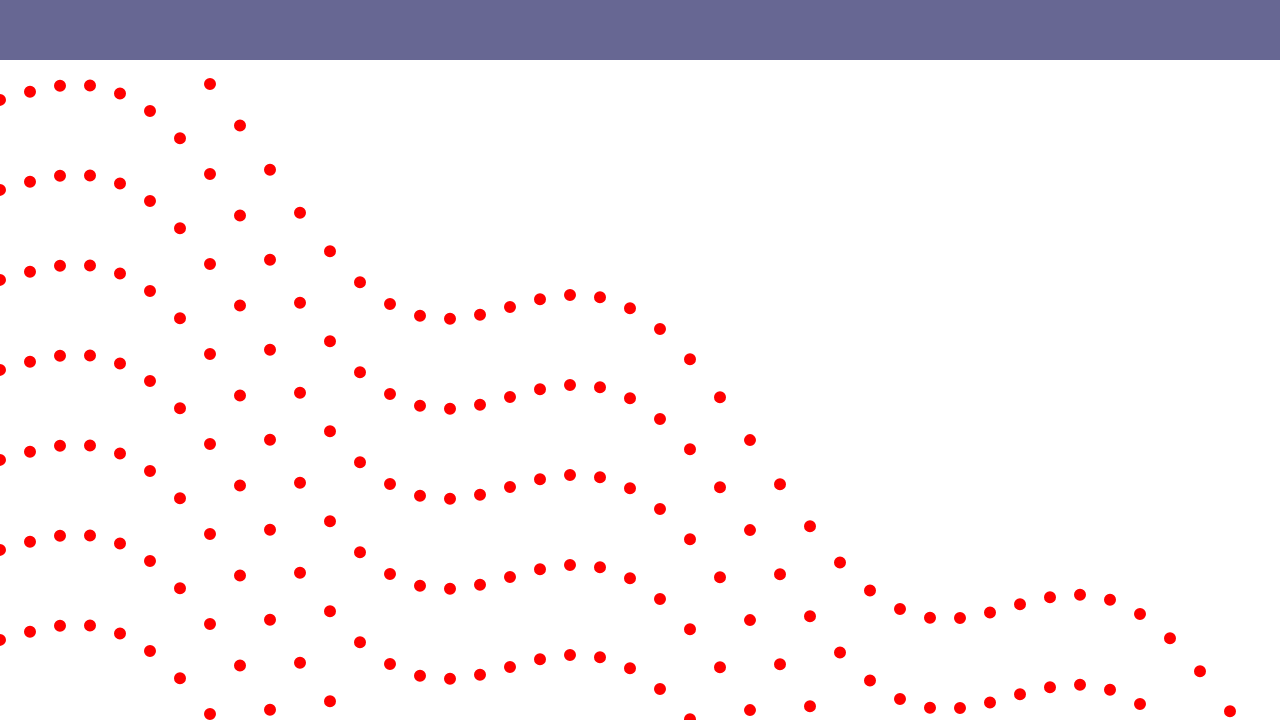
Repository: Iban-del/ProjetBacIban
Page: index.html
These files come from the project's save history. The page is drawn as it stood at one moment and after the next save; the edit follows.
The browser window is 1280 px wide. The pictures show the whole page.

Above is the page before, as saved 2025-02-18 20:12:28.

After the next save:
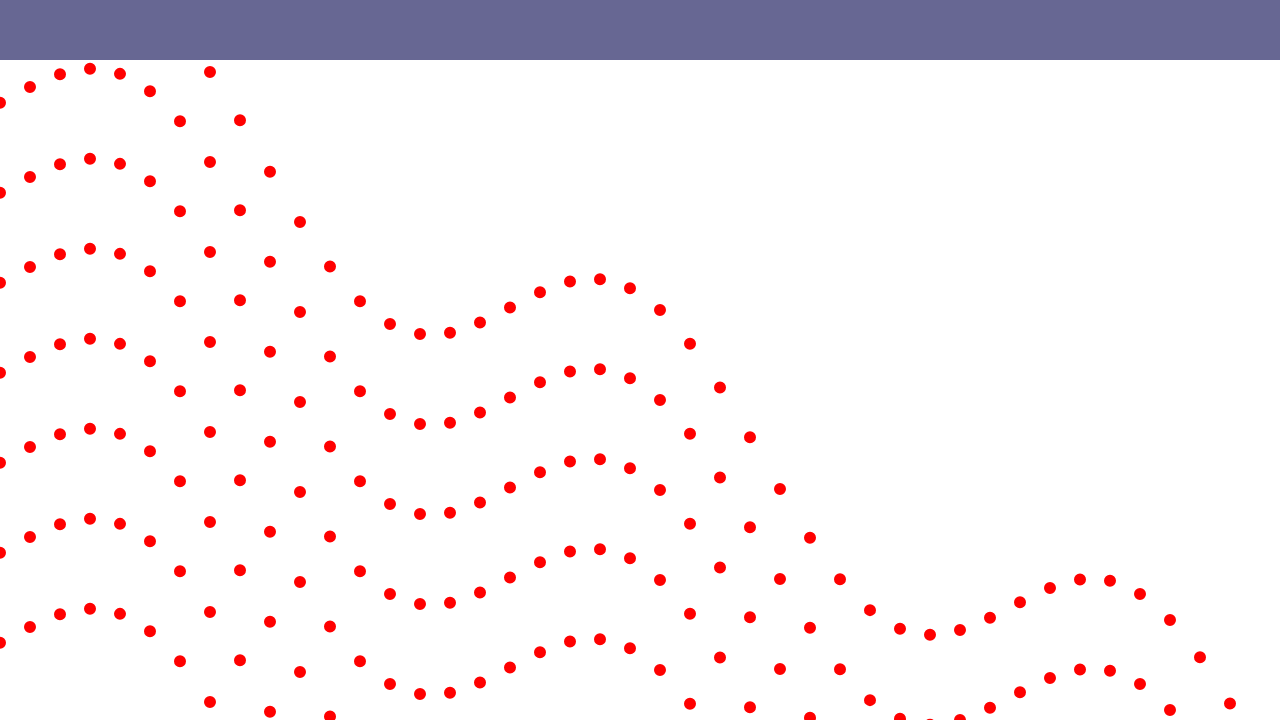
Saved 15 s later.
--- a/js/background.js
+++ b/js/background.js
@@ -52,7 +52,7 @@ function canvasStyle(canvas){
  */
 function vague(x){
 
-    const A = 70;//l'amplitude
+    const A = 90;//l'amplitude
     const lambda = 0.002;//longueur d'onde
     const k = lambda*2*Math.PI; //nombre oscilation
     const phi = 3;//décalage
